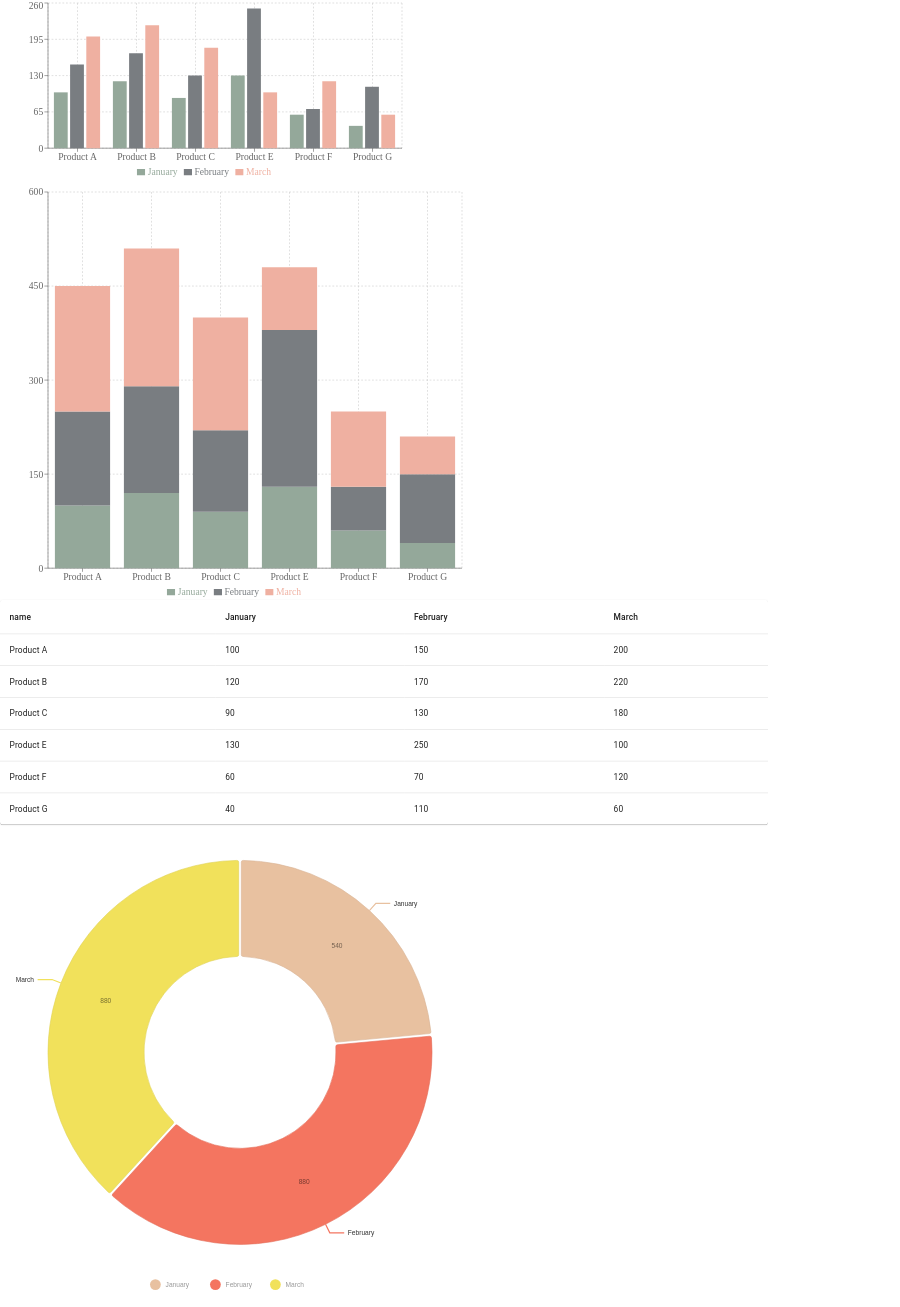
Repository: sagarjain738/test
Page: /
These files come from the project's save history. The page is drawn as it stood at one moment and after the next save; the edit follows.
The browser window is 1280 px wide. The page is 1280 px wide, then 1500 px, so the pictures cover 1500 px, including what lies to the right of the window. The pictures show the whole page, at 60% of full size.
The project was rebuilt for these pictures with package versions that can differ from the ones it lists, and the page was loaded fresh each time. Also part of the build but not shown: vite.config.js, src/index.css.

Above is the page before, as saved 2024-01-20 23:43:56.

### src/App.jsx
import "./App.css";
import FirstChart from "./components/FirstChart";
import totalData, { getTotalData, getTotal, getMonths } from "../Data";
import SecondChart from "./components/SecondData";
import TotalPieChart from "./components/PieChart";
import BasicTable from "./components/Table";

function App() {
  const firstRecord = getTotalData(totalData);
  const total = getTotal(totalData);
  const monthNames = getMonths();
  return (
    <div className="container">
      <FirstChart records={firstRecord} monthNames={monthNames.slice(1)} />
      <SecondChart records={firstRecord} monthNames={monthNames.slice(1)} />
      <BasicTable records={firstRecord} monthNames={monthNames} />
      <TotalPieChart records={total} monthNames={monthNames} />
    </div>
  );
}

export default App;

### src/App.css
*,
::before,
::after {
  box-sizing: border-box;
  padding: 0;
  margin: 0;
}

.container {
  display: grid;
  grid-template-columns: repeat(1fr, 1fr);
}

### src/components/FirstChart.jsx
import {
  Bar,
  BarChart,
  CartesianGrid,
  Legend,
  Rectangle,
  Tooltip,
  XAxis,
  YAxis,
} from "recharts";

const colors = ["#94A89A", "#797D81", "#EFB0A1", "#669bbc"];

const FirstChart = ({ records, monthNames }) => {
  return (
    <BarChart
      width={700}
      height={300}
      data={records}
      margin={{
        top: 5,
        right: 30,
        left: 20,
        bottom: 5,
      }}
    >
      <CartesianGrid strokeDasharray="3 3" />
      <XAxis dataKey="name" />
      <YAxis />
      <Tooltip />
      <Legend />
      {monthNames.map((month, i) => (
        <Bar
          key={month}
          dataKey={month}
          fill={colors[i]}
          activeBar={<Rectangle fill={colors[i]} stroke="blue" />}
        />
      ))}
    </BarChart>
  );
};

export default FirstChart;

### Data.js
let data = {
  salesData: [
    {
      product: "Product A",
      sales: [
        { month: "January", amount: 100 },
        { month: "February", amount: 150 },
        { month: "March", amount: 200 },
      ],
    },
    {
      product: "Product B",
      sales: [
        { month: "January", amount: 120 },
        { month: "February", amount: 170 },
        { month: "March", amount: 220 },
      ],
    },
    {
      product: "Product C",
      sales: [
        { month: "January", amount: 90 },
        { month: "February", amount: 130 },
        { month: "March", amount: 180 },
      ],
    },
    {
      product: "Product E",
      sales: [
        { month: "January", amount: 130 },
        { month: "February", amount: 250 },
        { month: "March", amount: 100 },
      ],
    },
    {
      product: "Product F",
      sales: [
        { month: "January", amount: 60 },
        { month: "February", amount: 70 },
        { month: "March", amount: 120 },
      ],
    },
    {
      product: "Product G",
      sales: [
        { month: "January", amount: 40 },
        { month: "February", amount: 110 },
        { month: "March", amount: 60 },
      ],
    },
  ],
};

export function getTotalData(records) {
  const result = records.salesData.map((item) => {
    return {
      name: item.product,
      data: item.sales.reduce(
        (acc, itm) => ({ ...acc, [`${itm.month}`]: itm.amount }),
        {}
      ),
    };
  });

  const finalData = result.map((item) => {
    return { name: item.name, ...item.data };
  });

  return finalData;
}

export function getTotals(records) {
  const result = records.salesData.map((item) => {
    return {
      id: item.product,
      label: item.product,
      value: item.sales.reduce((acc, itm) => acc + itm.amount, 0),
      color: "hsl(271, 70%, 50%)",
    };
  });
  return result;
}

export function getTotal(data) {
  let sumOfMonths = {};
  data.salesData.forEach((product) => {
    product.sales.forEach((sale) => {
      sumOfMonths[sale.month] = (sumOfMonths[sale.month] || 0) + sale.amount;
    });
  });

  const output = [];

  for (const key in sumOfMonths) {
    output.push({
      id: key,
      label: key,
      value: sumOfMonths[key],
      color: "hsl(37, 70%, 50%)",
    });
  }

  return output;
}

export function getMonths() {
  const months = new Set();
  months.add("name");
  data.salesData.forEach((d) => d.sales.forEach((v) => months.add(v.month)));

  return [...months];
}

export default data;

### src/components/SecondData.jsx
import {
  BarChart,
  Bar,
  Cell,
  XAxis,
  YAxis,
  CartesianGrid,
  Tooltip,
  Legend,
  ResponsiveContainer,
} from "recharts";

const colors = ["#94A89A", "#797D81", "#EFB0A1", "#669bbc"];

const SecondChart = ({ records, monthNames }) => {
  return (
    <BarChart
      width={800}
      height={700}
      data={records}
      margin={{
        top: 20,
        right: 30,
        left: 20,
        bottom: 5,
      }}
    >
      <CartesianGrid strokeDasharray="3 3" />
      <XAxis dataKey="name" />
      <YAxis />
      <Tooltip />
      <Legend />
      {monthNames.map((month, i) => (
        <Bar key={i} dataKey={month} stackId="a" fill={colors[i]} />
      ))}
    </BarChart>
  );
};

export default SecondChart;

### src/components/PieChart.jsx
import { ResponsivePie } from "@nivo/pie";

const TotalPieChart = ({ records }) => (
  <div
    style={{
      height: "50rem",
      width: "50rem",
    }}
  >
    <ResponsivePie
      data={records}
      margin={{ top: 40, right: 80, bottom: 80, left: 80 }}
      innerRadius={0.5}
      padAngle={0.7}
      cornerRadius={3}
      activeOuterRadiusOffset={8}
      borderWidth={1}
      borderColor={{
        from: "color",
        modifiers: [["darker", 0.2]],
      }}
      arcLinkLabelsSkipAngle={10}
      arcLinkLabelsTextColor="#333333"
      arcLinkLabelsThickness={2}
      arcLinkLabelsColor={{ from: "color" }}
      arcLabelsSkipAngle={10}
      arcLabelsTextColor={{
        from: "color",
        modifiers: [["darker", 2]],
      }}
      defs={[
        {
          id: "dots",
          type: "patternDots",
          background: "inherit",
          color: "rgba(255, 255, 255, 0.3)",
          size: 4,
          padding: 1,
          stagger: true,
        },
        {
          id: "lines",
          type: "patternLines",
          background: "inherit",
          color: "rgba(255, 255, 255, 0.3)",
          rotation: -45,
          lineWidth: 6,
          spacing: 10,
        },
      ]}
      legends={[
        {
          anchor: "bottom",
          direction: "row",
          justify: false,
          translateX: 0,
          translateY: 56,
          itemsSpacing: 0,
          itemWidth: 100,
          itemHeight: 18,
          itemTextColor: "#999",
          itemDirection: "left-to-right",
          itemOpacity: 1,
          symbolSize: 18,
          symbolShape: "circle",
          effects: [
            {
              on: "hover",
              style: {
                itemTextColor: "#000",
              },
            },
          ],
        },
      ]}
    />
  </div>
);

export default TotalPieChart;

### src/components/Table.jsx
import Table from "@mui/material/Table";
import TableBody from "@mui/material/TableBody";
import TableCell from "@mui/material/TableCell";
import TableContainer from "@mui/material/TableContainer";
import TableHead from "@mui/material/TableHead";
import TableRow from "@mui/material/TableRow";
import Paper from "@mui/material/Paper";

export default function BasicTable({ records, monthNames }) {
  return (
    <TableContainer component={Paper}>
      <Table sx={{ minWidth: 650 }} aria-label="simple table">
        <TableHead>
          <TableRow>
            {monthNames.map((item) => (
              <TableCell key={item}>{item}</TableCell>
            ))}
          </TableRow>
        </TableHead>
        <TableBody>
          {records.map((row) => (
            <TableRow
              key={row.name}
              sx={{ "&:last-child td, &:last-child th": { border: 0 } }}
            >
              {monthNames.map((item) => (
                <TableCell key={item} component="th" scope="row">
                  {row[item]}
                </TableCell>
              ))}
            </TableRow>
          ))}
        </TableBody>
      </Table>
    </TableContainer>
  );
}

Loaded but not shown: index.html (common file); src/main.jsx (common file)

After the next save:
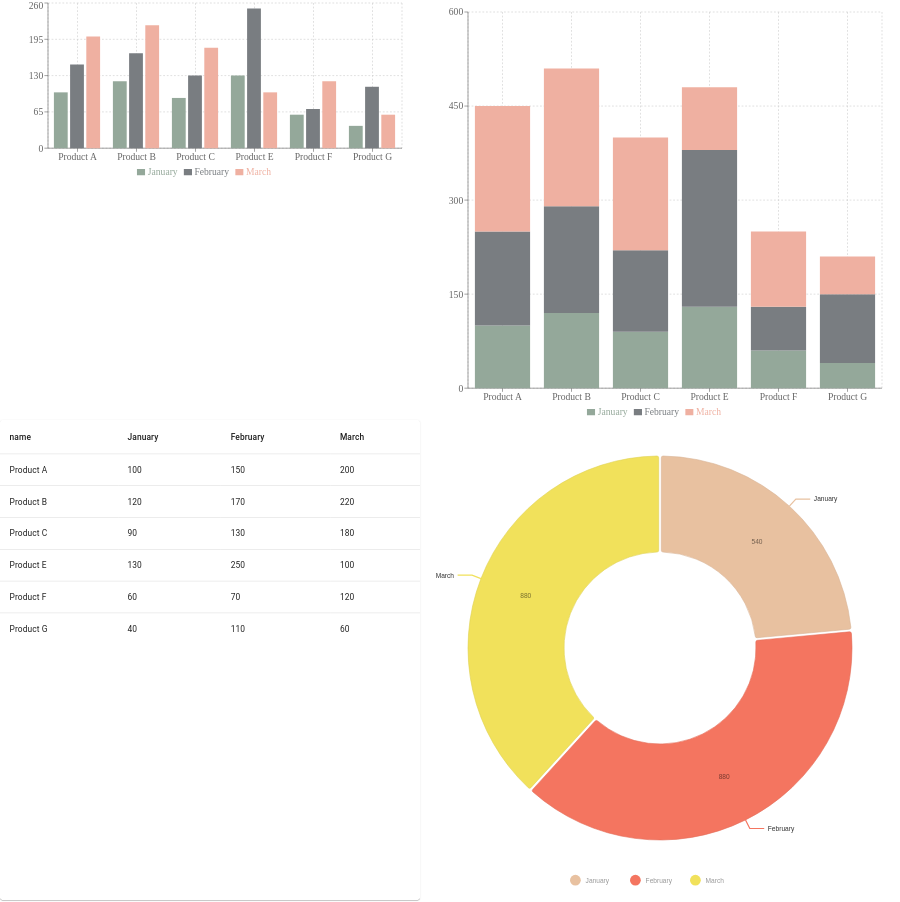
Saved 53 s later.
--- a/src/App.css
+++ b/src/App.css
@@ -8,5 +8,5 @@
 
 .container {
   display: grid;
-  grid-template-columns: repeat(1fr, 1fr);
+  grid-template-columns: repeat(2, 1fr);
 }
